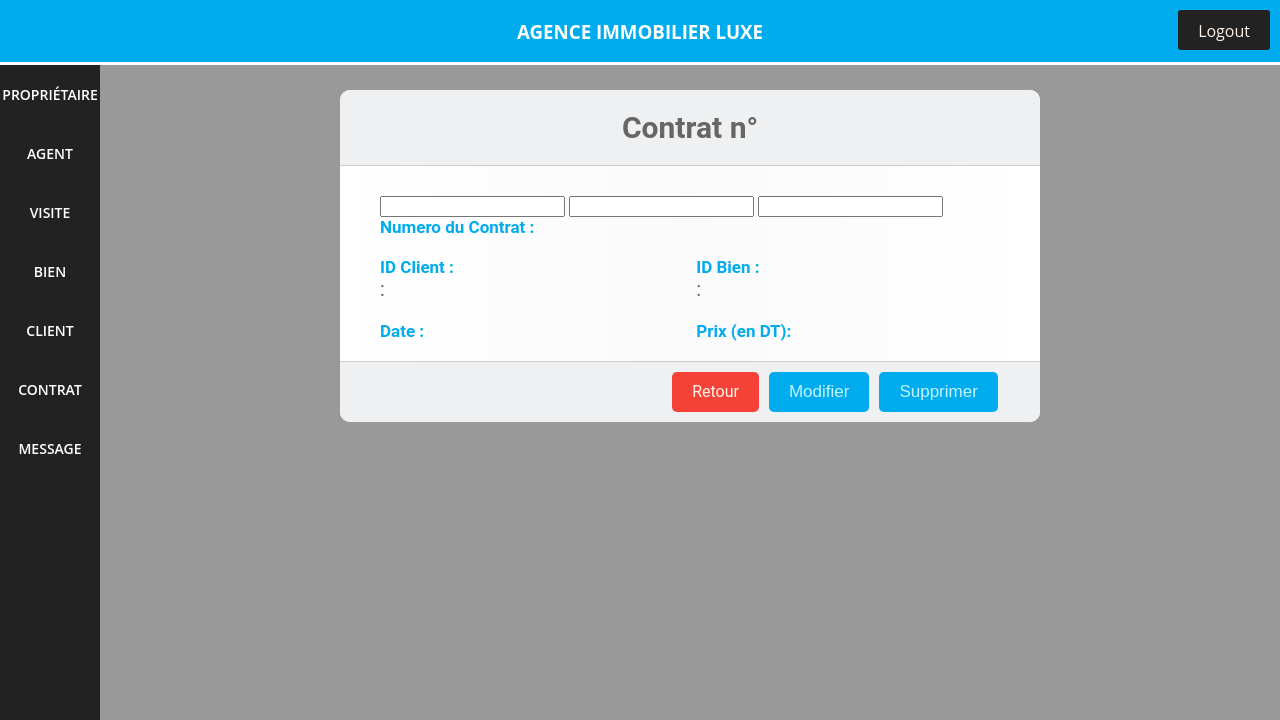
Repository: hassen-mnejja/Real_Estate_Agency_Website
Page: http://localhost/backoffice/WEB-INF/contratdescriptif.jsp
The author's editor kept a copy of each file at every save. The page is drawn from the files as they stood at one save, then again after the next save.
The browser window is 1280 px wide. The pictures show the whole page.
Some icons come from a web library that is not loaded, so they are not drawn. The page is served by Tomcat 9. Nobody is signed in. The template is opened directly, without the code that normally fills it, so the values that code supplies are empty.

Above is the page before, as saved 2020-06-23 00:14:29.

After the next save:
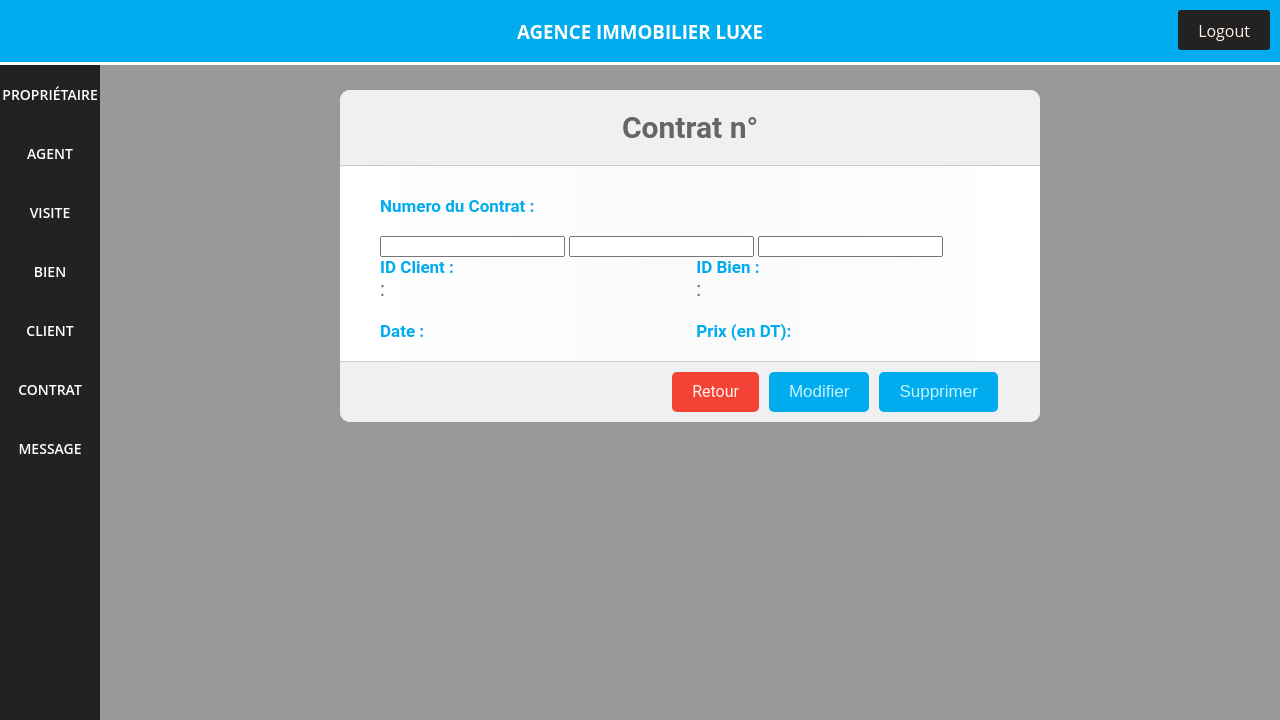
Saved 2 min 0 s later.
--- a/backoffice/WebContent/WEB-INF/contratdescriptif.jsp
+++ b/backoffice/WebContent/WEB-INF/contratdescriptif.jsp
@@ -32,9 +32,7 @@
 
 			<!-- form body -->
 			<div class="form-body">
-				<input type="number" id="idclientn" value="${contrat.client.idClient }">
-				<input type="number" id="idbienn" value="${contrat.bien.idBien }">
-				<input type="number" id="numcontratn" value="${contrat.numContrat }">
+
 				<!-- Nom et Prenom -->
 				<div class="horizontal-group">
 					<div class="form-group left" style="width:100%">
@@ -42,7 +40,9 @@
 						<label id="afnumcontrat" style="display: block; font-size: 20px;">${contrat.numContrat}</label>
 					</div>
 				</div>
-
+				<input type="number" id="idclientn" value="${contrat.client.idClient }">
+				<input type="number" id="idbienn" value="${contrat.bien.idBien }">
+				<input type="number" id="numcontratn" value="${contrat.numContrat }">
 				<!-- Nom et Prenom -->
 				<div class="horizontal-group">
 					<div class="form-group left">
